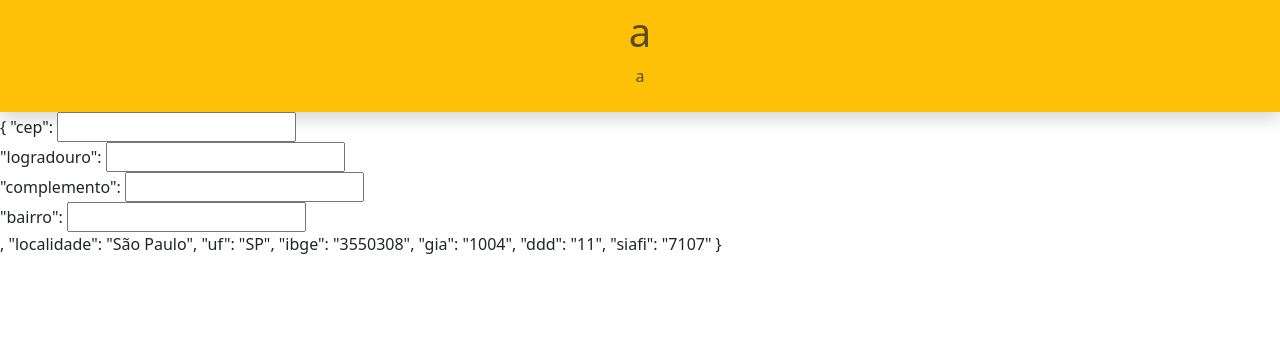
Repository: f95f/PWED4
Page: http://localhost/aula02/consultar_endereco.jsp
These files come from the project's save history. The page is drawn as it stood at one moment and after the next save; the edit follows.
The browser window is 1280 px wide. The pictures show the whole page.
The page is served by Tomcat 9.

Above is the page before, as saved 2023-08-08 23:09:55.

### A02/aula02/src/main/webapp/consultar_endereco.jsp
<%@ page language="java" contentType="text/html; charset=UTF-8"
    pageEncoding="UTF-8"%>
<!DOCTYPE html>
<html>
<head>
<meta charset="UTF-8">

  <link href="https://cdn.jsdelivr.net/npm/bootstrap@5.3.1/dist/css/bootstrap.min.css" rel="stylesheet">
  <script src="https://cdn.jsdelivr.net/npm/bootstrap@5.3.1/dist/js/bootstrap.bundle.min.js"></script>
<title>Insert title here</title>
</head>
<body>

	<div class = "container-fluid bg-warning py-2 text-center text-muted shadow">

		<h1>a</h1>
		<p>a</p>



	</div>

	<form id="frmEndereco">

		{
      "cep": <input type = "text" name = "txtCep" id = "txtCep"> <br>
      "logradouro":  <input type = "text" name = "txtLogradouro" id = "txtLogradouro"> <br>
      "complemento": <input type = "text" name = "txtComplemento" id = "txtComplemento"> <br>
      "bairro": <input type = "text" name = "txtBairro" id = "txtBairro"> <br>,
      "localidade": "São Paulo",
      "uf": "SP",
      "ibge": "3550308",
      "gia": "1004",
      "ddd": "11",
      "siafi": "7107"
    }


	</form>

	<script src="js/jquery.min.js"></script>
	<script type = "text/javascript">


		$(document).ready(function(){

			//alert('a');

		});














	</script>

</body>
</html>

Loaded but not shown: A02/aula02/src/main/webapp/js/jquery.min.js (library)

After the next save:
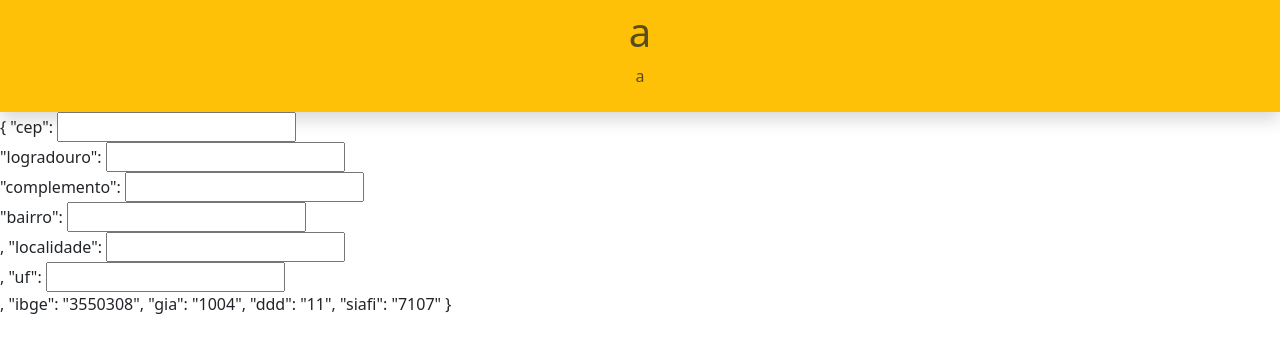
Saved 31 s later.
--- a/A02/aula02/src/main/webapp/consultar_endereco.jsp
+++ b/A02/aula02/src/main/webapp/consultar_endereco.jsp
@@ -27,8 +27,8 @@
       "logradouro":  <input type = "text" name = "txtLogradouro" id = "txtLogradouro"> <br>
       "complemento": <input type = "text" name = "txtComplemento" id = "txtComplemento"> <br>
       "bairro": <input type = "text" name = "txtBairro" id = "txtBairro"> <br>,
-      "localidade": "São Paulo",
-      "uf": "SP",
+      "localidade": <input type = "text" name = "txtCidade" id = "txtCidade"> <br>,
+      "uf": <input type = "text" name = "txtUf" id = "txtUf"> <br>,
       "ibge": "3550308",
       "gia": "1004",
       "ddd": "11",
